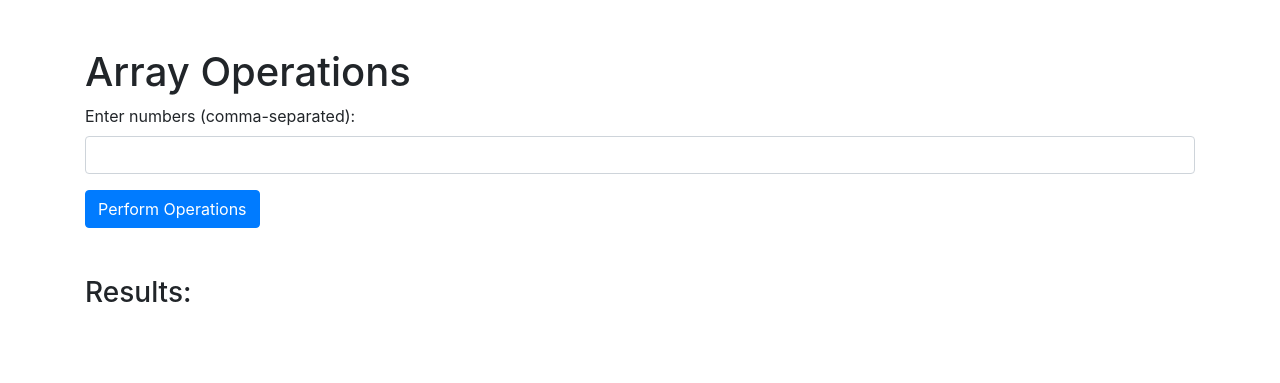
Repository: ducdatit2002/javascript-array-day18
Page: index.html
An editor plug-in stored every save of this project. The page is shown before and after the next save, followed by the edit.
The browser window is 1280 px wide. The pictures show the whole page.

Above is the page before, as saved 2023-08-27 21:27:45.

### index.html
<!DOCTYPE html>
<html lang="en">
  <head>
    <title>Homework Buổi 18</title>
    <!-- Required meta tags -->
    <meta charset="utf-8" />
    <meta
      name="viewport"
      content="width=device-width, initial-scale=1, shrink-to-fit=no"
    />

    <!-- Bootstrap CSS -->
    <link
      rel="stylesheet"
      href="https://stackpath.bootstrapcdn.com/bootstrap/4.3.1/css/bootstrap.min.css"
      integrity="sha384-ggOyR0iXCbMQv3Xipma34MD+dH/1fQ784/j6cY/iJTQUOhcWr7x9JvoRxT2MZw1T"
      crossorigin="anonymous"
    />
  </head>
  <body>
    <div class="container mt-5">
      <h1>Array Operations</h1>
      <div class="form-group">
        <label for="inputNumbers">Enter numbers (comma-separated):</label>

        <input type="text" class="form-control" id="inputNumbers" />
      </div>
      <button class="btn btn-primary" onclick="performOperations()">
        Perform Operations
      </button>

      <div id="resultContainer" class="mt-5">
        <h3>Results:</h3>
        <p id="positiveSum"></p>
        <p id="positiveCount"></p>
        <p id="minNumber"></p>
        <p id="minPositiveNumber"></p>
        <p id="lastEvenNumber"></p>
        <p id="swapMessage"></p>
        <p id="sortedArray"></p>
        <p id="firstPrimeNumber"></p>
        <p id="integerCount"></p>
        <p id="comparison"></p>
      </div>
    </div>
    <!-- Optional JavaScript -->
    <!-- jQuery first, then Popper.js, then Bootstrap JS -->
    <script
      src="https://code.jquery.com/jquery-3.3.1.slim.min.js"
      integrity="sha384-q8i/X+965DzO0rT7abK41JStQIAqVgRVzpbzo5smXKp4YfRvH+8abtTE1Pi6jizo"
      crossorigin="anonymous"
    ></script>
    <script
      src="https://cdnjs.cloudflare.com/ajax/libs/popper.js/1.14.7/umd/popper.min.js"
      integrity="sha384-UO2eT0CpHqdSJQ6hJty5KVphtPhzWj9WO1clHTMGa3JDZwrnQq4sF86dIHNDz0W1"
      crossorigin="anonymous"
    ></script>
    <script
      src="https://stackpath.bootstrapcdn.com/bootstrap/4.3.1/js/bootstrap.min.js"
      integrity="sha384-JjSmVgyd0p3pXB1rRibZUAYoIIy6OrQ6VrjIEaFf/nJGzIxFDsf4x0xIM+B07jRM"
      crossorigin="anonymous"
    ></script>
    <script src="./index.js"></script>
  </body>
</html>

### index.js
function performOperations() {
  var inputNumbers = document.getElementById("inputNumbers").value;
  var numbers = inputNumbers.split(",").map(Number);

  var positiveSum = 0;
  var positiveCount = 0;
  var minNumber = Number.POSITIVE_INFINITY;
  var minPositiveNumber = Number.POSITIVE_INFINITY;
  var lastEvenNumber = -1;
  var firstPrimeNumber = -1;
  var integerCount = 0;

  for (var i = 0; i < numbers.length; i++) {
    if (numbers[i] > 0) {
      positiveSum += numbers[i];
      positiveCount++;

      if (numbers[i] < minPositiveNumber) {
        minPositiveNumber = numbers[i];
      }
    }

    if (numbers[i] < minNumber) {
      minNumber = numbers[i];
    }

    if (numbers[i] % 2 === 0) {
      lastEvenNumber = numbers[i];
    }

    if (isPrime(numbers[i]) && firstPrimeNumber === -1) {
      firstPrimeNumber = numbers[i];
    }

    if (Number.isInteger(numbers[i])) {
      integerCount++;
    }
  }

  var swapMessage = swapValues(numbers);

  var sortedArray = numbers.slice().sort(function (a, b) {
    return a - b;
  });

  var positiveCountMessage = "Number of positive numbers: " + positiveCount;
  var positiveSumMessage = "Sum of positive numbers: " + positiveSum;
  var minNumberMessage = "Minimum number: " + minNumber;
  var minPositiveNumberMessage =
    "Minimum positive number: " +
    (minPositiveNumber !== Number.POSITIVE_INFINITY
      ? minPositiveNumber
      : "N/A");
  var lastEvenNumberMessage =
    "Last even number: " + (lastEvenNumber !== -1 ? lastEvenNumber : "N/A");
  var swapMessage = "Swap result: " + swapMessage;
  var sortedArrayMessage = "Sorted array: " + sortedArray.join(", ");
  var firstPrimeNumberMessage =
    "First prime number: " +
    (firstPrimeNumber !== -1 ? firstPrimeNumber : "N/A");
  var integerCountMessage = "Number of integers in the array: " + integerCount;
  var comparisonMessage =
    "Positive numbers count vs Negative numbers count: " +
    compareCounts(positiveCount, numbers.length - positiveCount);

  document.getElementById("positiveCount").textContent = positiveCountMessage;
  document.getElementById("positiveSum").textContent = positiveSumMessage;
  document.getElementById("minNumber").textContent = minNumberMessage;
  document.getElementById("minPositiveNumber").textContent =
    minPositiveNumberMessage;
  document.getElementById("lastEvenNumber").textContent = lastEvenNumberMessage;
  document.getElementById("swapMessage").textContent = swapMessage;
  document.getElementById("sortedArray").textContent = sortedArrayMessage;
  document.getElementById("firstPrimeNumber").textContent =
    firstPrimeNumberMessage;
  document.getElementById("integerCount").textContent = integerCountMessage;
  document.getElementById("comparison").textContent = comparisonMessage;
}

function isPrime(number) {
  if (number <= 1) {
    return false;
  }

  for (var i = 2; i <= Math.sqrt(number); i++) {
    if (number % i === 0) {
      return false;
    }
  }

  return true;
}

function swapValues(numbers) {
  var position1 = parseInt(prompt("Enter the first position to swap:"));
  var position2 = parseInt(prompt("Enter the second position to swap:"));

  if (
    position1 < 0 ||
    position1 >= numbers.length ||
    position2 < 0 ||
    position2 >= numbers.length
  ) {
    return "Invalid positions!";
  }

  var temp = numbers[position1];
  numbers[position1] = numbers[position2];
  numbers[position2] = temp;

  return "Swapped!";
}

function compareCounts(positiveCount, negativeCount) {
  if (positiveCount > negativeCount) {
    return "Positive numbers are more than negative numbers.";
  } else if (positiveCount < negativeCount) {
    return "Negative numbers are more than positive numbers.";
  } else {
    return "Positive numbers and negative numbers are equal.";
  }
}

After the next save:
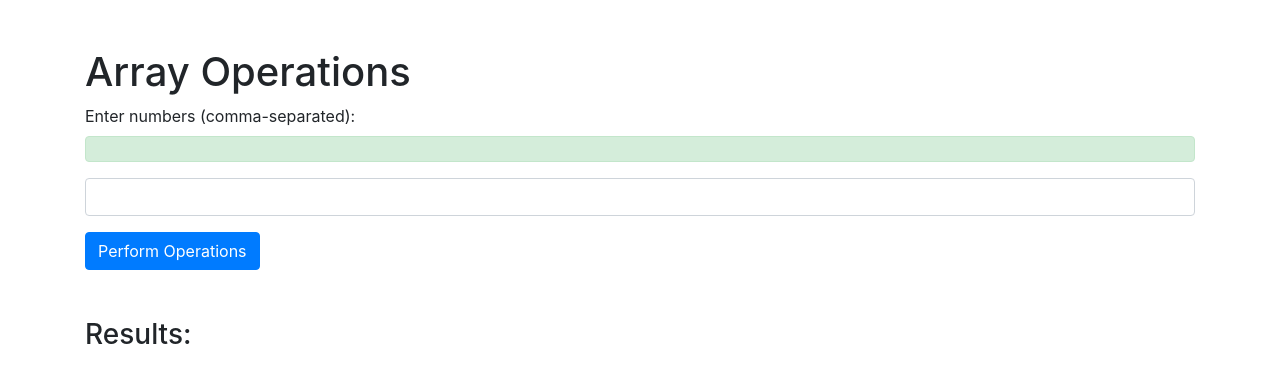
Saved 27 s later.
--- a/index.html
+++ b/index.html
@@ -22,7 +22,7 @@
       <h1>Array Operations</h1>
       <div class="form-group">
         <label for="inputNumbers">Enter numbers (comma-separated):</label>
-
+        <p class="alert alert-success"></p>
         <input type="text" class="form-control" id="inputNumbers" />
       </div>
       <button class="btn btn-primary" onclick="performOperations()">
